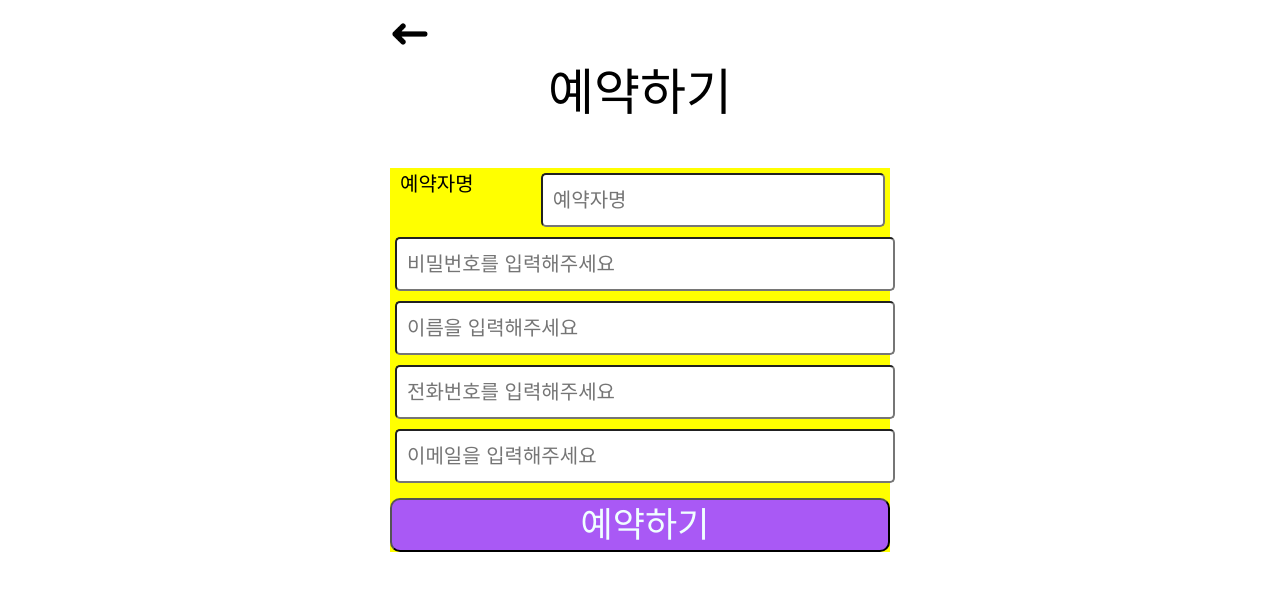
Repository: jaehunjeong4103/WebProject
Page: http://localhost/Web/view/reservation/reservation
An editor plug-in stored every save of this project. The page is shown before and after the next save, followed by the edit.
The browser window is 1280 px wide. The pictures show the whole page.
Some web fonts or font styles are not loaded; a fallback is used. The page is served by Tomcat 9. Other server files are loaded and not shown.

Above is the page before, as saved 2023-06-06 01:22:00.

### Web/src/main/webapp/WEB-INF/view/reservation/reservation.jsp
<%@ page language="java" contentType="text/html; charset=EUC-KR"
    pageEncoding="EUC-KR"%>
<!DOCTYPE html>
<html>
<head>
	<link rel="preconnect" href="https://fonts.googleapis.com">
	<link rel="preconnect" href="https://fonts.gstatic.com" crossorigin="crossorigin">
	<link href="https://fonts.googleapis.com/css2?family=Gowun+Dodum&family=Song+Myung&display=swap" rel="stylesheet">
	<link href="../../css/register.css?after" type="text/css" rel="stylesheet" />
	<link href="../../css/reservation.css?after" type="text/css" rel="stylesheet" />
	<meta charset="UTF-8">
<title>Insert title here</title>
</head>
<body>
	<header>
		<div id="arrow_body">
			<button onclick="history.back()"><image src="../../images/direction-arrow.png" alt="화살표" id="arrow"/></button>
		<div id="title">예약하기</div>
	</header>
	<div id="reservation_body">
		<form action="reservation" method="post">
			<section>
				<div class="input">
					<span>예약자명</span>
					<input type="text" placeholder="예약자명" class="input_text id" name="ID" value="${chkId}" readonly>
				</div>

				<input type="text" placeholder="비밀번호를 입력해주세요" class="input_text password" name="PASSWORD" readonly>
			  <input type="text" placeholder="이름을 입력해주세요" class="input_text name" name="NAME" readonly>
				<input type="text" placeholder="전화번호를 입력해주세요" class="input_text phone" name="PHONE" readonly>
				<input type="text" placeholder="이메일을 입력해주세요" class="input_text email" name="EMAIL" readonly>
		    <input type="submit" value="예약하기" class="button">
			</section>
		</form>
	</div>
</body>
</html>

### Web/src/main/java/controller/reservation/Reservation_controller.java
package controller.reservation;

import java.io.IOException;

import javax.servlet.ServletException;
import javax.servlet.annotation.WebServlet;
import javax.servlet.http.HttpServlet;
import javax.servlet.http.HttpServletRequest;
import javax.servlet.http.HttpServletResponse;

@WebServlet("/view/reservation/reservation")
public class Reservation_controller extends HttpServlet{
	@Override
	protected void doGet(HttpServletRequest request, HttpServletResponse response) throws ServletException, IOException {
		request.getRequestDispatcher("/WEB-INF/view/reservation/reservation.jsp").forward(request, response);
	}

	@Override
	protected void doPost(HttpServletRequest request, HttpServletResponse response) throws ServletException, IOException {
		request.getRequestDispatcher("/WEB-INF/view/reservation/reservation.jsp").forward(request, response);
	}
}

### Web/src/main/webapp/css/register.css
@charset "UTF-8";
* {padding: 0; margin: 0;}

button {border-width: 0;}

body {
	width: 500px;
	margin: auto;
	position: relative;
}

a#id_check {
	position: absolute;
	top: 191px;
	right: 10px;
}

img#arrow {
	width: 40px;
	height: 40px;
	position: absolute;
	transform: rotate(180deg);
}

div#title {
	font-size: 50px;
	text-align: center;
	line-height: 150px;
}

#section {
	margin-bottom: 20px;
	display: flex;
	flex-direction: row;
	justify-content: space-between;
}

label {
	width: 50%;
	font-size: 30px;
	line-height: 50px;
	text-align: center;
	color: gray;
	margin-left: 10px;
	margin-right: 20px;
}

input#male{
	margin-left: 20px;
}

input#male, input#female {
	position: relative;
	top: -4.5px;
}

.input_text {
	width: 100%;
	font-size: 20px;
	line-height: 50px;
	border-radius: 5px;
	padding-left: 10px;
	box-sizing: border-box;
	margin: 5px;
}

.button {
	width: 100%;
	margin: auto;
	margin-top: 10px;
	background-color: rgb(169, 89, 245);
	border-radius: 10px;
	text-align: center;
	font-size: 35px;
	color: azure;
	line-height: 50px;
	padding-left: 10px;
	box-sizing: border-box;
}

#register_button:disabled input type:submit{
	background-color: gray;
}

button:hover {cursor: pointer;}

.button:hover {cursor: pointer;}
.button:disabled {background-color: gray; color: white;}

a {
	color: black; text-decoration-line: none;
}

### Web/src/main/webapp/css/reservation.css
@charset "UTF-8";

* {margin: 0; padding: 0;}

div#reservation {
	width: 824px;
  margin: auto;
  border: 1px solid yellow;
  margin-top: 10px;
}

div#date_count {
	width: 784px;
	margin: auto;
	display: flex;
	flex-direction: row;
	justify-content: space-between;
	font-size: 20px;
}

div#date {
	width: 600px;
}

div#count {
	width: 200px;
	display: flex;
	flex-direction: row;
	justify-content: space-between;
	margin-bottom: 10px;
}

#room_box {
	width: 784px;
	margin: auto;
	margin-top: 10px;
	margin-bottom: 10px;
	border: 1px solid rgb(128, 0, 255);
	display: flex;
	flex-direction: column;
}

#room_list_head{
	width: 784px;
	height: 40px;
	margin: auto;
	display: flex;
	flex-direction: row;
	flex-wrap: nowrap;
	justify-content: space-between;
}

#room_list{
	width: 784px;
	margin: auto;
	display: flex;
	flex-direction: row;
	flex-wrap: wrap;
	justify-content: space-between;
}

#room_list_head div {
	font-size: 20px;
	text-align: center;
	line-height: 40px;
	border: 1px solid gray;
}

#room_list div {
	padding: 5px;
	font-size: 15px;
	border: 1px solid gray;
}

.room_name {
	width: 120px;
}
.room_max {
	width: 100px;
}
.room_price {
	width: 120px;
}
.room_facilities {
	width: 360px;
}
.room_reservation {
	width: 84px;
}

a.reserbation {
	color: black;
}

#room_list .room_name {
	text-align: center;
}

#room_list .room_max {
	text-align: center;
}

#room_list .room_reservation {
	text-align: center;
}

#reservation_body {
	width: 500px;
	margin: auto;
	position: relative;
	background-color: yellow;
}

#reservation_body span {
	width: 200px;
	font-size: 20px;
	padding-left: 10px;
}

.input {
	display: flex;
	flex-direction: row;
	flex-wrap: nowrap;
}

After the next save:
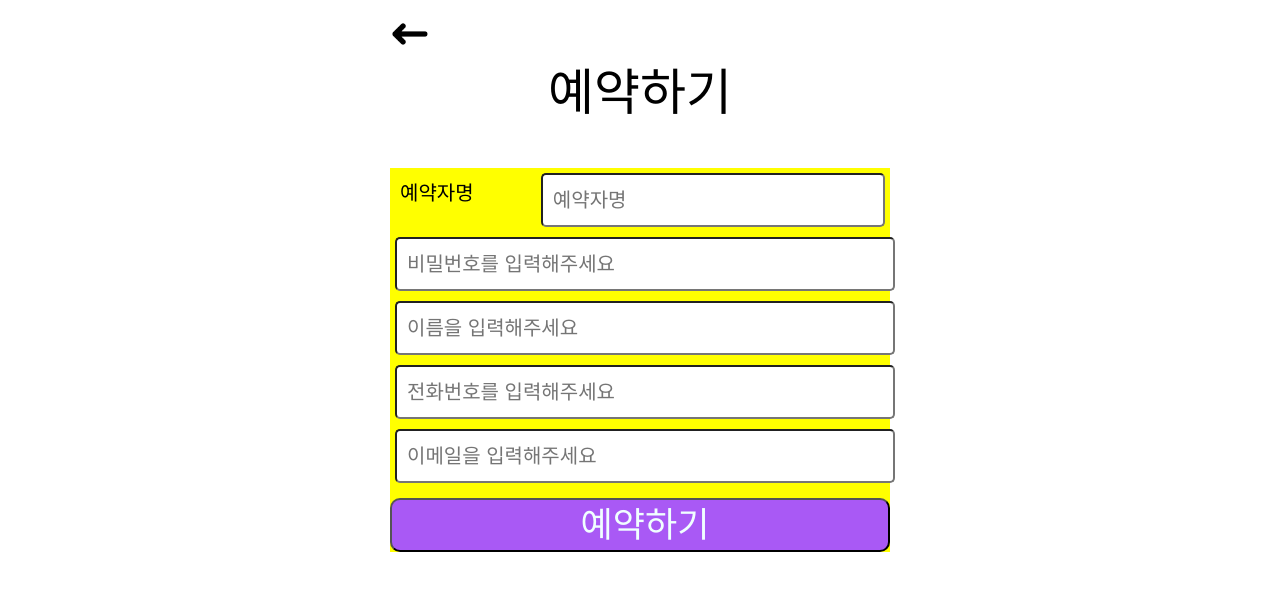
Saved 12 s later.
--- a/Web/src/main/webapp/css/reservation.css
+++ b/Web/src/main/webapp/css/reservation.css
@@ -115,6 +115,7 @@ a.reserbation {
 	width: 200px;
 	font-size: 20px;
 	padding-left: 10px;
+	line-height: 50px;
 }
 
 .input {
